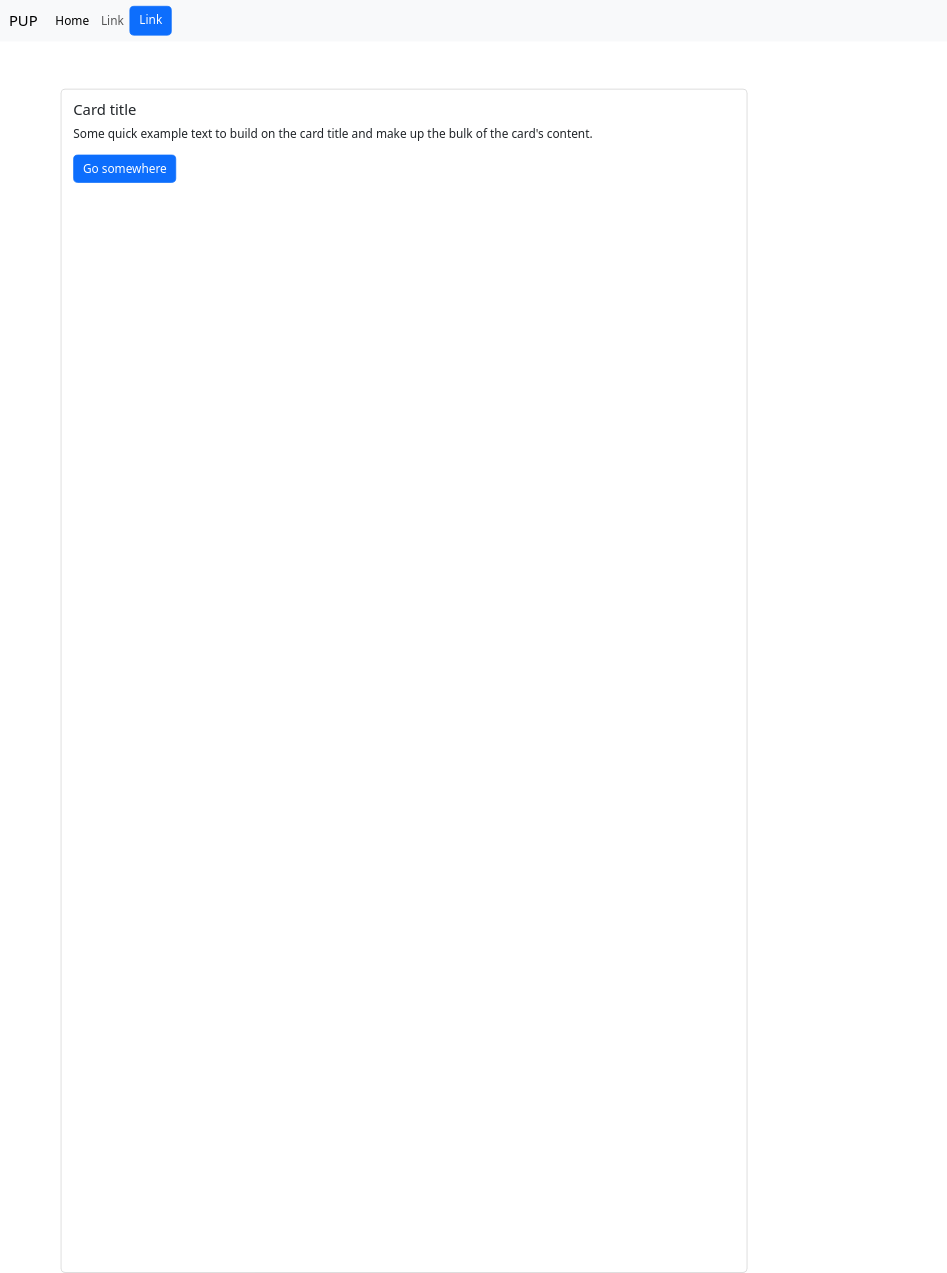
Repository: Nicktacku/webdev
Page: form.html
An editor plug-in stored every save of this project. The page is shown before and after the next save, followed by the edit.
The browser window is 1280 px wide. The pictures show the whole page, at 74% of full size.

Above is the page before, as saved 2024-07-15 16:26:15.

### form.html
<!DOCTYPE html>
<html lang="en">
  <head>
    <meta charset="UTF-8" />
    <meta name="viewport" content="width=device-width, initial-scale=1.0" />
    <title>Document</title>
    <link
      href="https://cdn.jsdelivr.net/npm/bootstrap@5.3.3/dist/css/bootstrap.min.css"
      rel="stylesheet"
      integrity="sha384-QWTKZyjpPEjISv5WaRU9OFeRpok6YctnYmDr5pNlyT2bRjXh0JMhjY6hW+ALEwIH"
      crossorigin="anonymous"
    />
  </head>
  <body>
    <!-- Navbar -->
    <nav class="navbar navbar-expand-lg bg-body-tertiary">
        <div class="container-fluid">
          <a class="navbar-brand" href="#">PUP</a>
          <button
            class="navbar-toggler"
            type="button"
            data-bs-toggle="collapse"
            data-bs-target="#navbarSupportedContent"
            aria-controls="navbarSupportedContent"
            aria-expanded="false"
            aria-label="Toggle navigation"
          >
            <span class="navbar-toggler-icon"></span>
          </button>
          <div class="collapse navbar-collapse" id="navbarSupportedContent">
            <ul class="navbar-nav me-auto mb-2 mb-lg-0">
              <li class="nav-item">
                <a class="nav-link active" aria-current="page" href="#">Home</a>
              </li>
              <li class="nav-item">
                <a class="nav-link" href="#">Link</a>
              </li>

              <a class="btn btn-primary" href="form.html" role="button">Link</a>
          </div>
        </div>
      </nav>

    <div
      class="container mt-3 pt-5"
    >
    <div class="card" style="width: 58rem; height: 100rem">

        <div class="card-body">
          <h5 class="card-title">Card title</h5>
          <p class="card-text">Some quick example text to build on the card title and make up the bulk of the card's content.</p>
          <a href="#" class="btn btn-primary">Go somewhere</a>
        </div>
      </div>


    <script
      src="https://cdn.jsdelivr.net/npm/bootstrap@5.3.3/dist/js/bootstrap.bundle.min.js"
      integrity="sha384-YvpcrYf0tY3lHB60NNkmXc5s9fDVZLESaAA55NDzOxhy9GkcIdslK1eN7N6jIeHz"
      crossorigin="anonymous"
    ></script>
  </body>
</html>

After the next save:
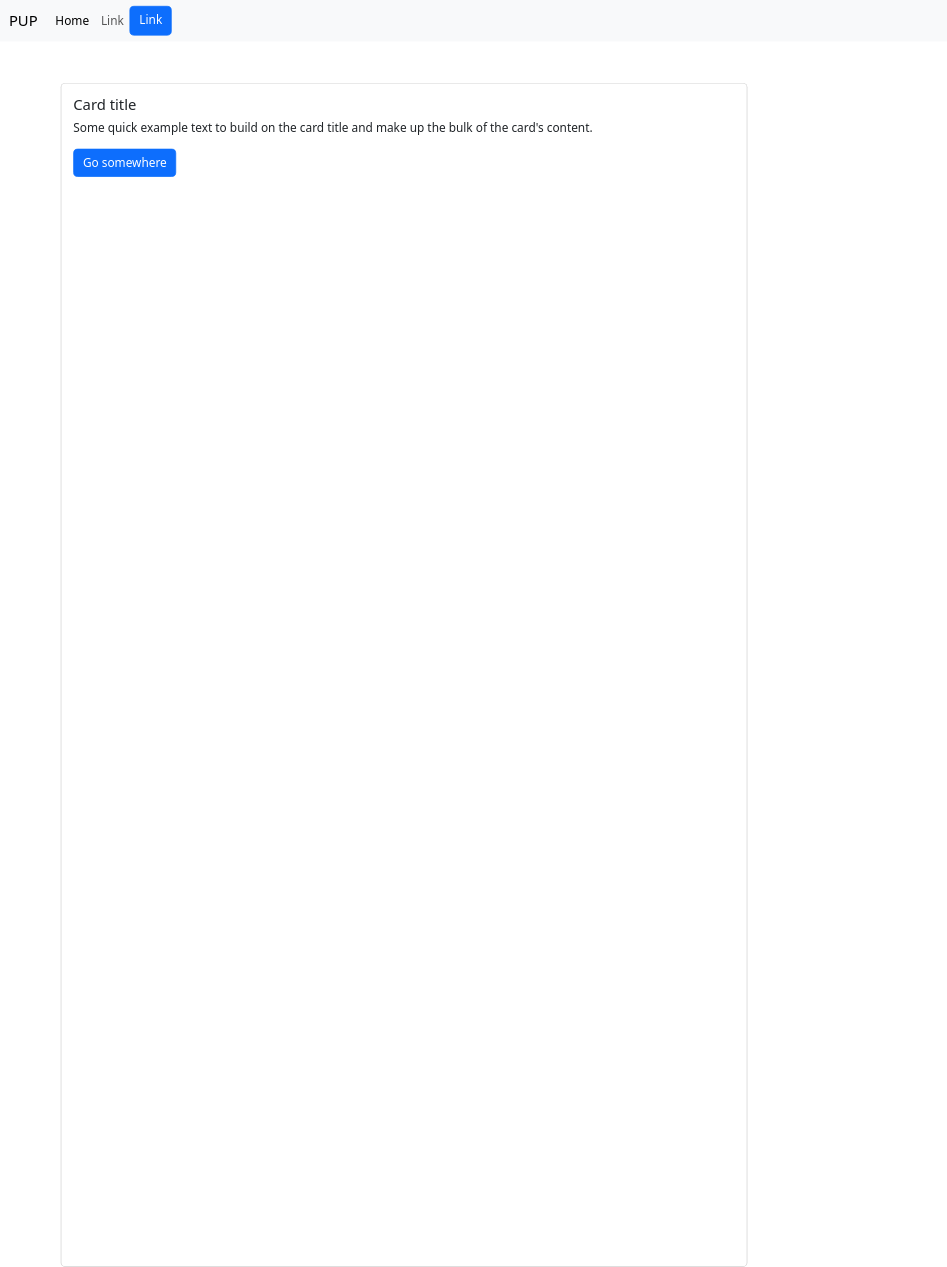
Saved 4 s later.
--- a/form.html
+++ b/form.html
@@ -42,7 +42,7 @@
       </nav>
 
     <div
-      class="container mt-3 pt-5"
+      class="container mt-2 pt-5"
     >
     <div class="card" style="width: 58rem; height: 100rem">
 
